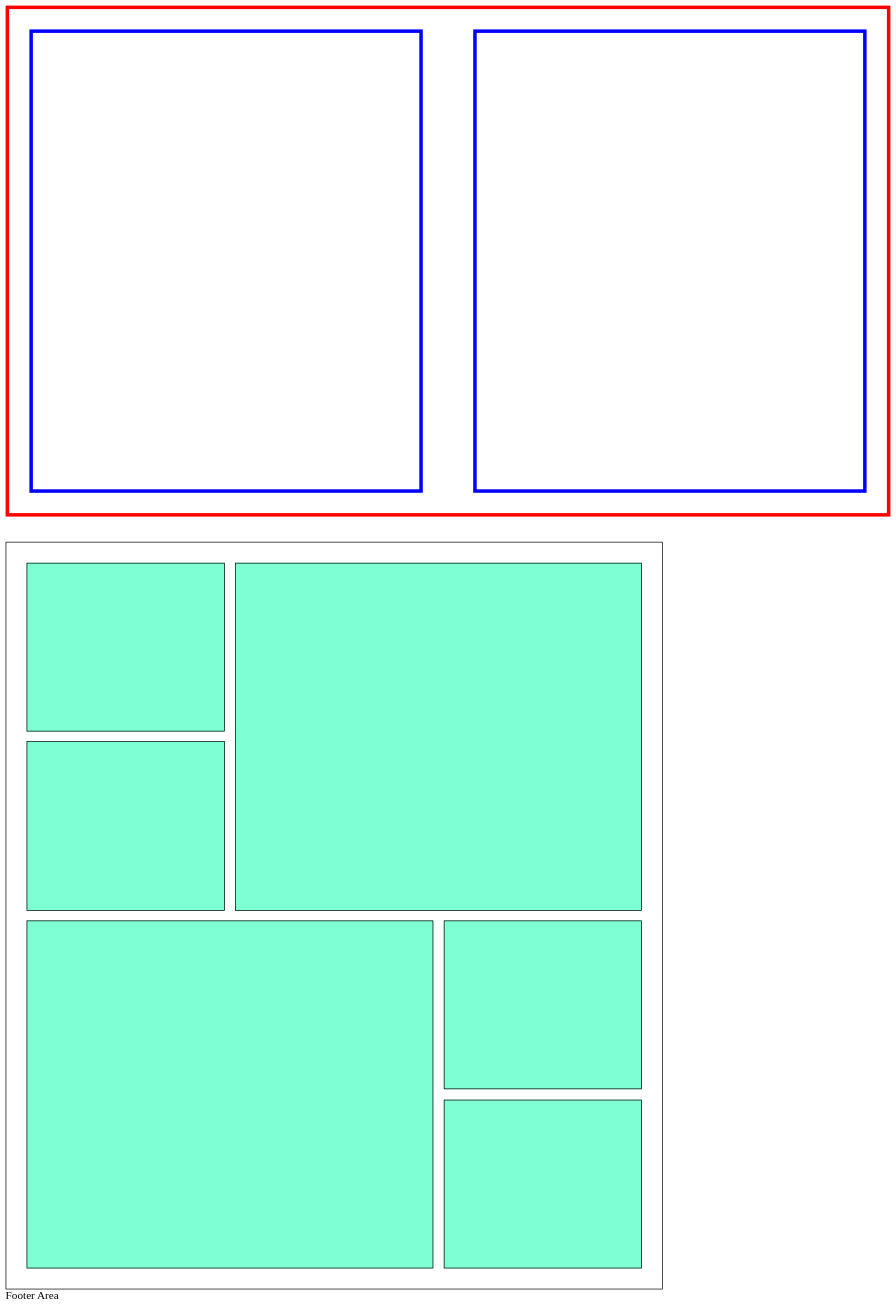
Repository: BwesewB/Brutalist-Website
Page: /
These files come from the project's save history. The page is drawn as it stood at one moment and after the next save; the edit follows.
The browser window is 1280 px wide. The pictures show the whole page, at 70% of full size.
The project was rebuilt for these pictures with package versions that can differ from the ones it lists, and the page was loaded fresh each time. The framework's server and built-in components were replaced by stand-ins that run in the browser. Also part of the build but not shown: next.config.mjs.

Above is the page before, as saved 2024-02-03 17:27:24.

After the next save:
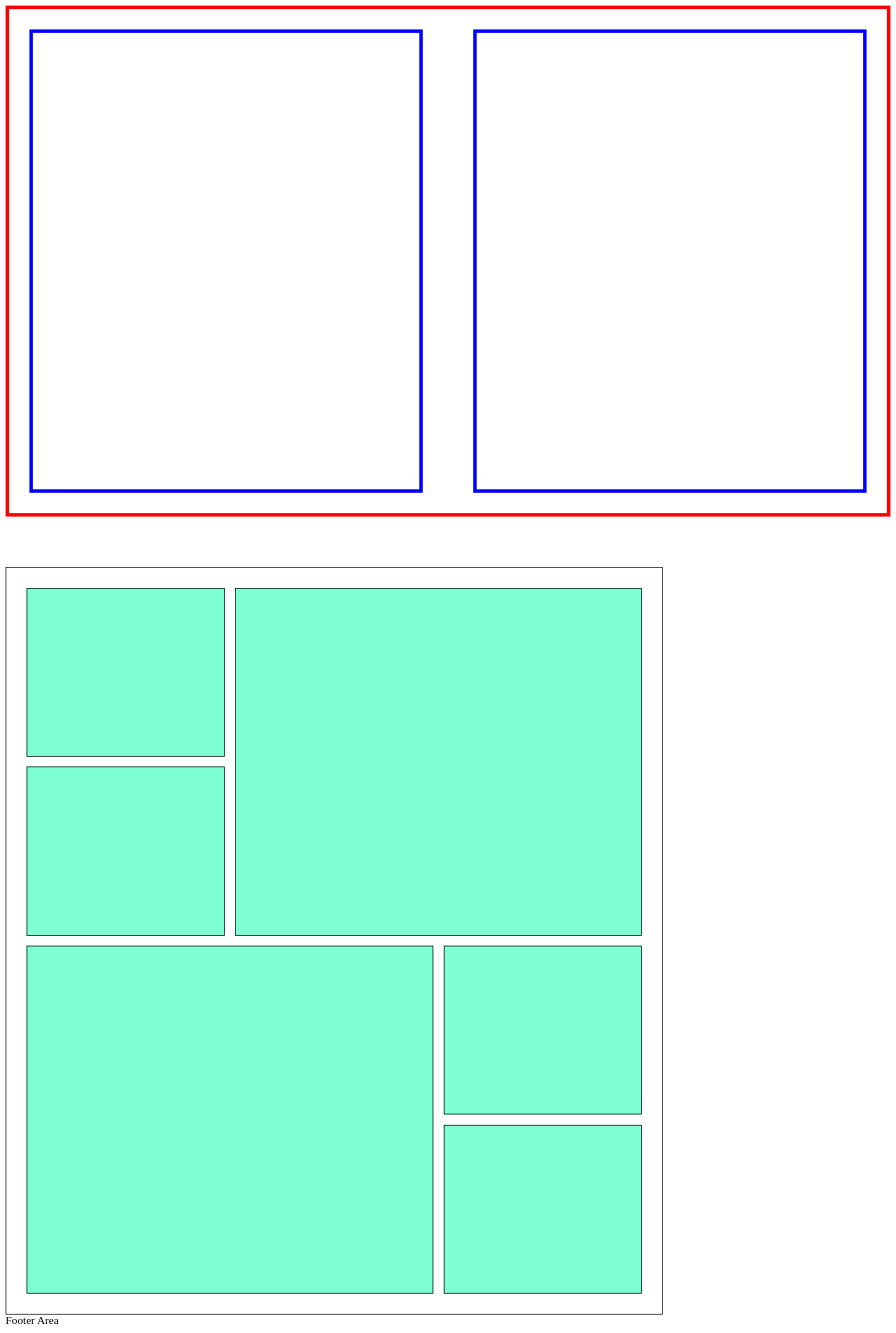
Saved 15 s later.
--- a/styles/Home.module.css
+++ b/styles/Home.module.css
@@ -44,7 +44,7 @@
 }
 
 .inputArea{
-  position:fixed;
+
   border-left: 5px solid green;
   background-color: green;
 }
